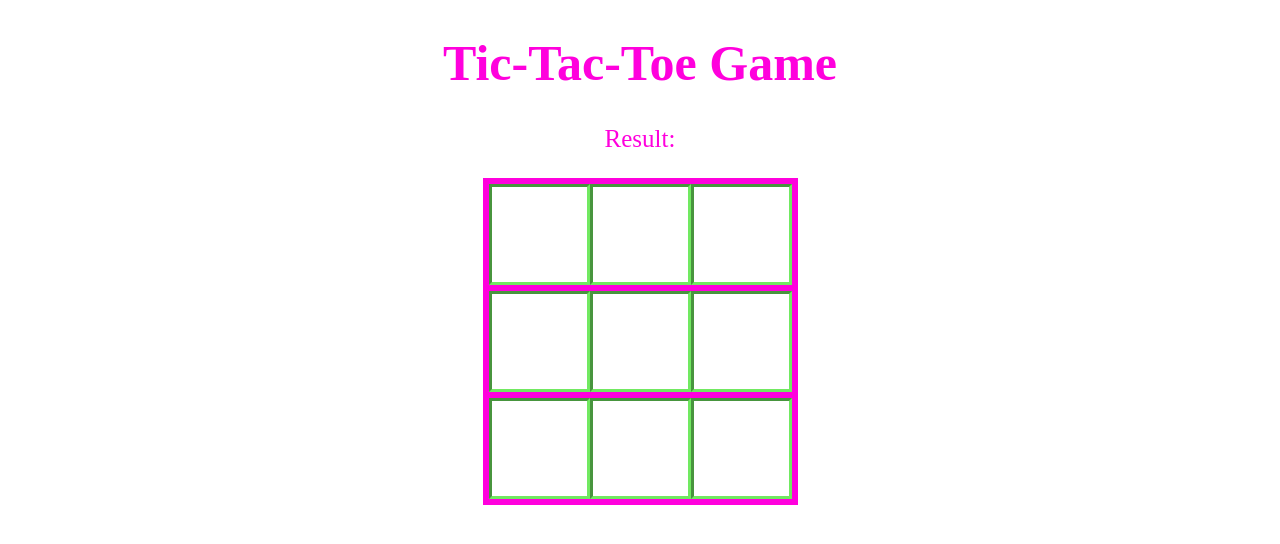
Repository: 0101chaitanya/Tic-Tac-Toe
Page: index.html
The author's editor kept a copy of each file at every save. The page is drawn from the files as they stood at one save, then again after the next save.
The browser window is 1280 px wide. The pictures show the whole page.

Above is the page before, as saved 2021-06-09 18:06:40.

After the next save:
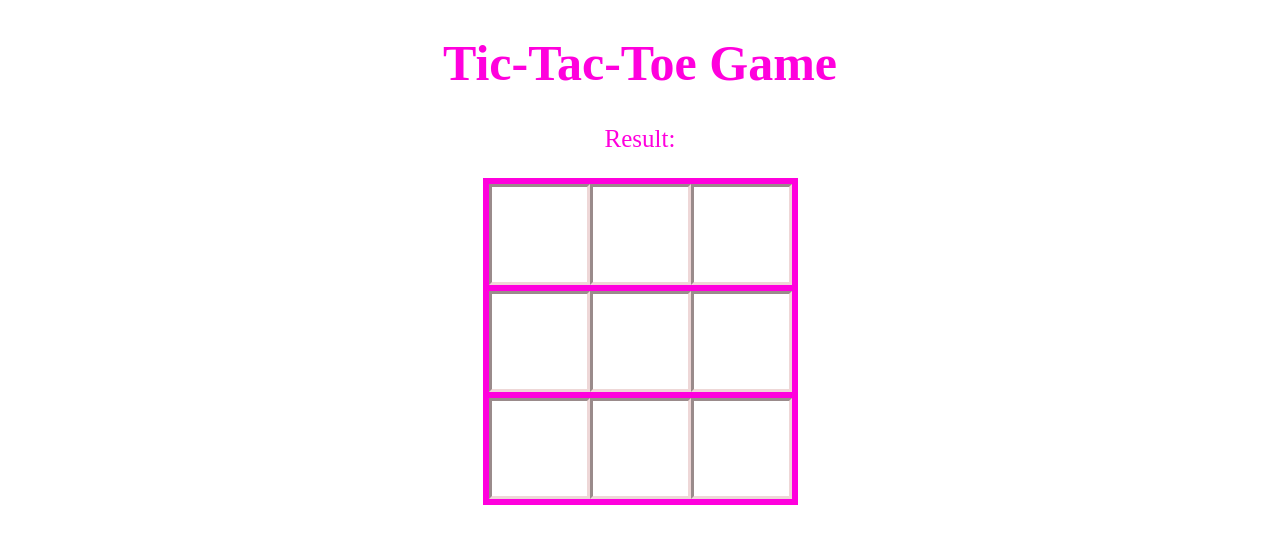
Saved 49 s later.
--- a/styles.css
+++ b/styles.css
@@ -45,5 +45,5 @@
     width:3.8rem;
     height:3.8rem;
 border-style:inset;
-border-color:rgb(113, 233, 97)
+border-color:rgb(238, 215, 215)
 }
